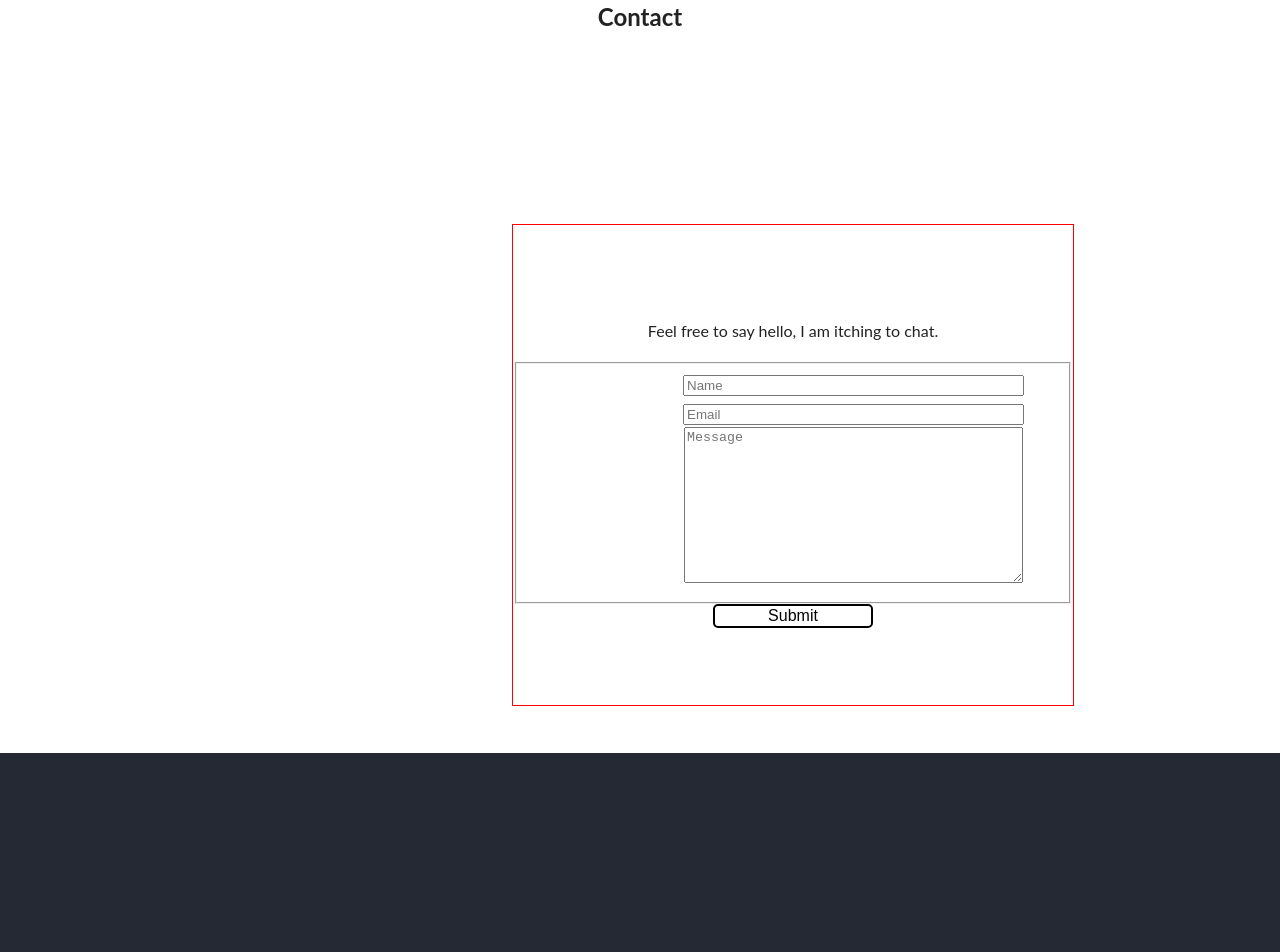
Repository: blessingNtoko/portfolio_noangular
Page: index.html
These files come from the project's save history. The page is drawn as it stood at one moment and after the next save; the edit follows.
The browser window is 1280 px wide. The pictures show the part of the page from y = 3227 to 4179 px (the page is 4700 px tall).
Backgrounds fixed to the window are drawn as part of the page.

Above is the page before, as saved 2020-01-01 17:47:30.

### index.html
<!DOCTYPE html>
<html lang="en">

<head>
    <meta charset="UTF-8">
    <meta name="viewport" content="width=device-width, initial-scale=1.0">
    <meta http-equiv="X-UA-Compatible" content="ie=edge">
    <link rel="stylesheet" href="css/index.css">
    <title>Portfolio</title>
</head>

<body>
    <div class="pimg1" id="particles-js">
        <div class="ptext">
            <span class="border">
                Hi There!
            </span><br><br>
            <p>
                I am <span id="myName">Blessing Ntoko</span>.<br> A Front-end developer and budding UI/UX Designer.
            </p>
        </div>
    </div>
    <section class="section">
        <h1>About</h1><br>
        <div class="infoContain">
            <article class="infoOnMe">
                <img class="picMe" src="images/me.jpg" alt="Picture of me">
                <p>Lorem ipsum dolor, sit amet consectetur adipisicing elit. Voluptatum, quasi? Deleniti laudantium ratione fugiat vero dolor repellat magni at sequi quis delectus culpa ipsum accusantium laboriosam, consectetur nostrum necessitatibus libero,
                    assumenda ex cupiditate. Possimus voluptas hic ullam vitae nostrum, voluptate omnis reprehenderit eius laudantium, blanditiis saepe eum fuga odit consequatur tempore modi aliquam. Enim reiciendis velit eum laboriosam dolorum magni!</p>
            </article><br>
            <h2>My Toys</h2>
            <div class="myToys">
                <img class="toy toy1" src="images/HTML5_1Color_Black.svg" alt="HTML Logo">
                <img class="toy toy2" src="images/css3.svg" alt="CSS Logo">
                <img class="toy toy3" src="images/javascript.svg" alt="Javascript Logo">
                <img class="toy toy4" src="images/AngularJS-Shield.svg" alt="Angular Logo">
                <img class="toy toy5" src="images/ionic.svg" alt="Ionic Logo">
                <img class="toy toy6" src="images/gimp-monochrome-logo-D2944540FE-seeklogo.com.png" alt="Gimp Logo">
                <img class="toy toy7" src="images/inkscape.png" alt="Inkscape Logo">
                <img class="toy toy7" src="images/node.png" alt="NodeJS Logo">
            </div>
        </div>
    </section>
    <div class="pimg2">
        <div class="ptext">
            <span class="border trans">
                Image Two text
            </span>
        </div>
    </div>
    <section class="section">
        <h2>Work</h2>
        <p>Take a look at the work that I have done</p><br><br>
        <div class="works">
            <img id="works1" src="images/color.jpg" alt="color">
            <img id="works2" src="images/colorSplash.jpg" alt="colorSplash">
        </div>
    </section>
    <div class="pimg3">
        <div class="ptext">
            <span class="border trans">
                Image Three text
            </span>
        </div>
    </div>
    <section class="section section-dark contactSection">
        <h2>Contact</h2>
        <form id="contactForm" class="formOfContact">
            <p>Feel free to say hello, I am itching to chat.</p>
            <fieldset class="formField">
                <input type="text" id="formName" placeholder="Name" class="inputs" required>
                <input type="text" id="formEmail" placeholder="Email" class="inputs" required>
                <textarea name="message" id="formMess" cols="30" rows="10" class="inputs" placeholder="Message" required></textarea>
            </fieldset>
            <input type="submit" id="submit" value="Submit">
        </form>
    </section>
    <div class="pimg1">
        <div class="ptext">
            <span class="border">
                Have a great day!
            </span>
        </div>
    </div>
    <script src="https://cdn.jsdelivr.net/particles.js/2.0.0/particles.min.js"></script>
    <script>
        particlesJS.load('particles-js', 'assets/particles.json', function() {
            console.warn('particles.json loaded...');
        })
    </script>
    <script src="javascript/index.js"></script>
</body>

</html>

### css/index.css
body,
html {
    height: 100%;
    margin: 0;
    font-size: 16px;
    font-family: "Lato", sans-serif;
    font-weight: 400;
    line-height: 1.8em;
    color: white;
}

.pimg1,
.pimg2,
.pimg3 {
    position: relative;
    opacity: 1;
    background-position: center;
    background-size: cover;
    background-repeat: no-repeat;
    /* fixed = parallax
        scroll = normal
    */
    background-attachment: fixed;
    transition: all .3s;
}

.pimg1 {
    background-color: #252934;
    min-height: 100vh;
}

.pimg2 {
    background-image: url(https://source.unsplash.com/random/1920x1200);
    min-height: 400px;
    opacity: 0.7;
}

.pimg2:hover {
    opacity: 1;
}

.pimg3 {
    background-image: url(https://source.unsplash.com/random/1920x1080);
    min-height: 400px;
    opacity: 0.7;
}

.pimg3:hover {
    opacity: 1;
}

.section {
    text-align: center;
    padding: 50px 80px;
    background: #fff;
    color: #222;
    height: 100vh;
}

.ptext {
    position: absolute;
    top: 40%;
    width: 100%;
    text-align: center;
    color: white;
    font-size: 27px;
    letter-spacing: 8px;
    text-transform: uppercase;
}

.ptext .border {
    background-color: #111;
    color: #fff;
    padding: 20px 30px;
}

.ptext .border .trans {
    background-color: transparent;
}

#myName {
    color: rgb(190, 32, 58);
}

.infoOnMe {
    display: flex;
    flex-direction: column;
    justify-content: center;
    align-items: center;
    width: 40%;
}

.picMe {
    width: 30%;
    height: 30%;
    opacity: 0.6;
    transition: all .3s;
    border-radius: 60px;
}

.picMe:hover {
    opacity: 1;
}

.infoContain {
    display: flex;
    flex-direction: column;
    justify-content: center;
    align-items: center;
}

.myToys {
    display: flex;
    flex-direction: row;
    justify-content: space-between;
    align-content: center;
    flex-wrap: wrap;
}

.toy {
    width: 10%;
    height: 10%;
    transition: all .3s;
    opacity: 0.5;
}

.toy:hover {
    opacity: 1;
}

.works {
    display: flex;
    flex-direction: row;
    justify-content: center;
    align-items: center;
}

#works1 {
    width: 50%;
    height: 50%;
    opacity: 0.6;
    transition: all .3s;
}

#works2 {
    width: 50%;
    height: 50%;
    opacity: 0.6;
    transition: all .3s;
}

#works1:hover {
    opacity: 1;
}

#works2:hover {
    opacity: 1;
}

.formOfContact {
    display: flex;
    flex-direction: column;
    justify-content: center;
    align-items: center;
    border: 1px solid red;
    width: 50%;
    height: 30em;
    margin-left: 27em;
    margin-top: 12em;
}


/* .formField {
    border: none;
    display: flex;
    flex-direction: column;
    justify-content: center;
    align-items: center;
    width: 9em;
    border: 1px solid black;
    width: 70%;
    line-height: .5em;
} */

.inputs {
    margin-left: 23%;
    width: 25em;
}


/* .contactSection {
    text-align: center;
} */

#submit {
    width: 10em;
    background-color: transparent;
    color: black;
    border: 2px solid black;
    border-radius: 5px;
    font-size: 12pt;
    padding: .5em auto;
    transition: all .3s;
}

#submit:hover {
    background-color: black;
    color: white
}

@media(max-width: 560px) {
    .pimg1,
    .pimg2,
    .pimg3 {
        background-attachment: scroll;
    }
}

### javascript/index.js
const contactForm = document.querySelector('#contactForm');
const formName = document.querySelector('#formName');
const formEmail = document.querySelector('#formEmail');
const formMess = document.querySelector('#formMess');

contactForm.addEventListener('submit', onSubmit);

function onSubmit(e) {
    e.preventDefault();

    const formContact = {
        name: formName.value,
        email: formEmail.value,
        message: formMess.value
    };

    console.log('[Contact Form]>>>>', formContact);

    const xhr = new XMLHttpRequest();

    let urlEncodedData = '';
    let urlEncodedDataPairs = [];
    let name;

    // Turn data object into anm array of URL-encoded key/value pairs.
    for (name in formContact) {
        urlEncodedDataPairs.push(encodeURIComponent(name) + '=' + encodeURIComponent(formContact[name]));
    }

    contactForm.reset();
}

### assets/particles.json
{
    "particles": {
        "number": {
            "value": 80,
            "density": {
                "enable": true,
                "value_area": 800
            }
        },
        "color": {
            "value": "#000"
        },
        "shape": {
            "type": "circle",
            "stroke": {
                "width": 1,
                "color": "#000"
            },
            "polygon": {
                "nb_sides": 5
            },
            "image": {
                "src": "img/github.svg",
                "width": 100,
                "height": 100
            }
        },
        "opacity": {
            "value": 1,
            "random": false,
            "anim": {
                "enable": false,
                "speed": 1,
                "opacity_min": 0.1,
                "sync": false
            }
        },
        "size": {
            "value": 5,
            "random": true,
            "anim": {
                "enable": true,
                "speed": 30,
                "size_min": 0.1,
                "sync": false
            }
        },
        "line_linked": {
            "enable": true,
            "distance": 40,
            "color": "#ffffff",
            "opacity": 0.4,
            "width": 1
        },
        "move": {
            "enable": true,
            "speed": 6,
            "direction": "none",
            "random": false,
            "straight": false,
            "out_mode": "out",
            "bounce": false,
            "attract": {
                "enable": false,
                "rotateX": 600,
                "rotateY": 1200
            }
        }
    },
    "interactivity": {
        "detect_on": "canvas",
        "events": {
            "onhover": {
                "enable": true,
                "mode": "repulse"
            },
            "onclick": {
                "enable": true,
                "mode": "push"
            },
            "resize": true
        },
        "modes": {
            "grab": {
                "distance": 400,
                "line_linked": {
                    "opacity": 1
                }
            },
            "bubble": {
                "distance": 400,
                "size": 40,
                "duration": 2,
                "opacity": 0.8,
                "speed": 3
            },
            "repulse": {
                "distance": 150,
                "duration": 0.4
            },
            "push": {
                "particles_nb": 50
            },
            "remove": {
                "particles_nb": 2
            }
        }
    },
    "retina_detect": true
}

After the next save:
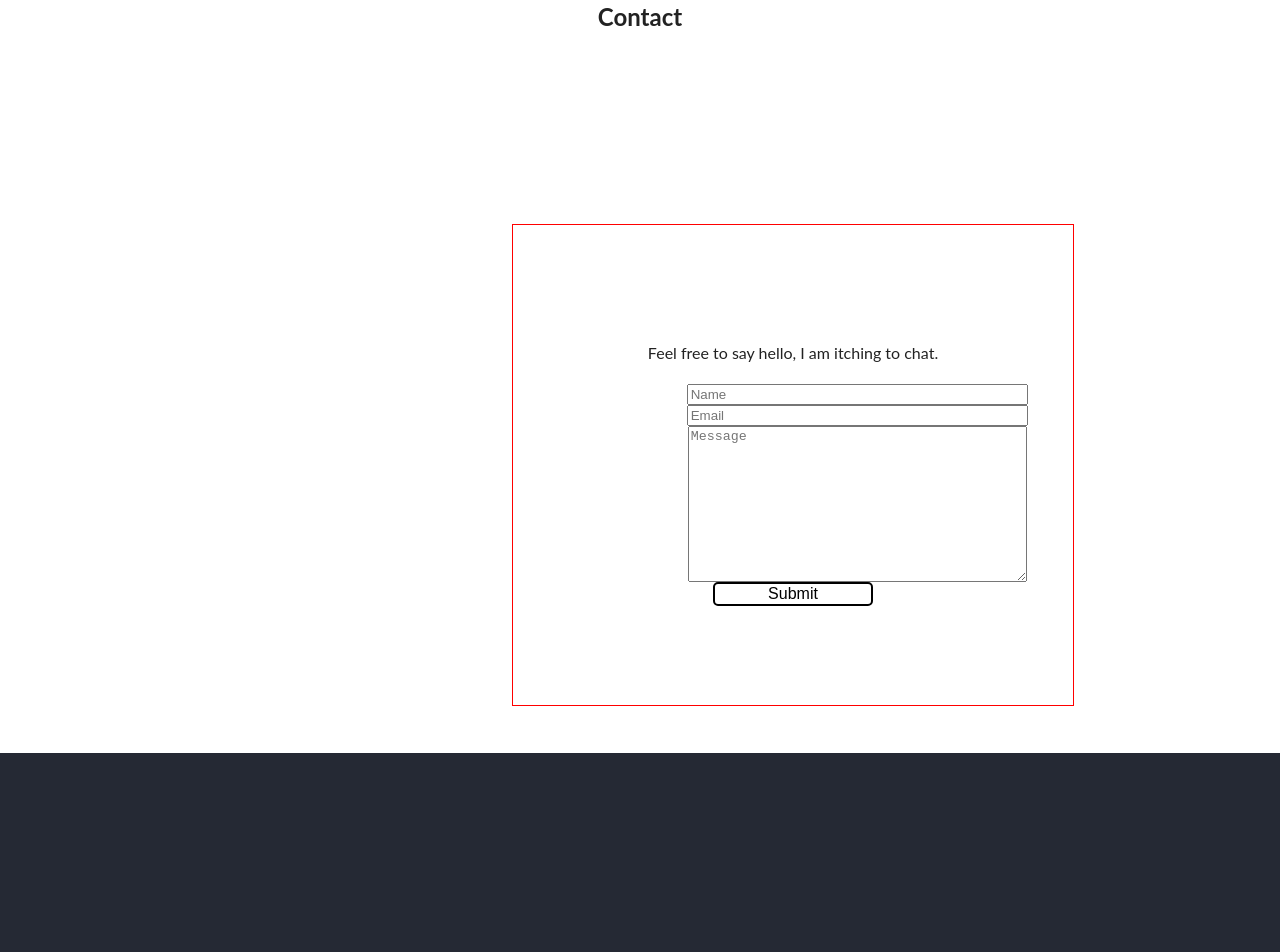
Saved 21 s later.
--- a/index.html
+++ b/index.html
@@ -67,11 +67,9 @@
         <h2>Contact</h2>
         <form id="contactForm" class="formOfContact">
             <p>Feel free to say hello, I am itching to chat.</p>
-            <fieldset class="formField">
-                <input type="text" id="formName" placeholder="Name" class="inputs" required>
-                <input type="text" id="formEmail" placeholder="Email" class="inputs" required>
-                <textarea name="message" id="formMess" cols="30" rows="10" class="inputs" placeholder="Message" required></textarea>
-            </fieldset>
+            <input type="text" id="formName" placeholder="Name" class="inputs" required>
+            <input type="text" id="formEmail" placeholder="Email" class="inputs" required>
+            <textarea name="message" id="formMess" cols="30" rows="10" class="inputs" placeholder="Message" required></textarea>
             <input type="submit" id="submit" value="Submit">
         </form>
     </section>
